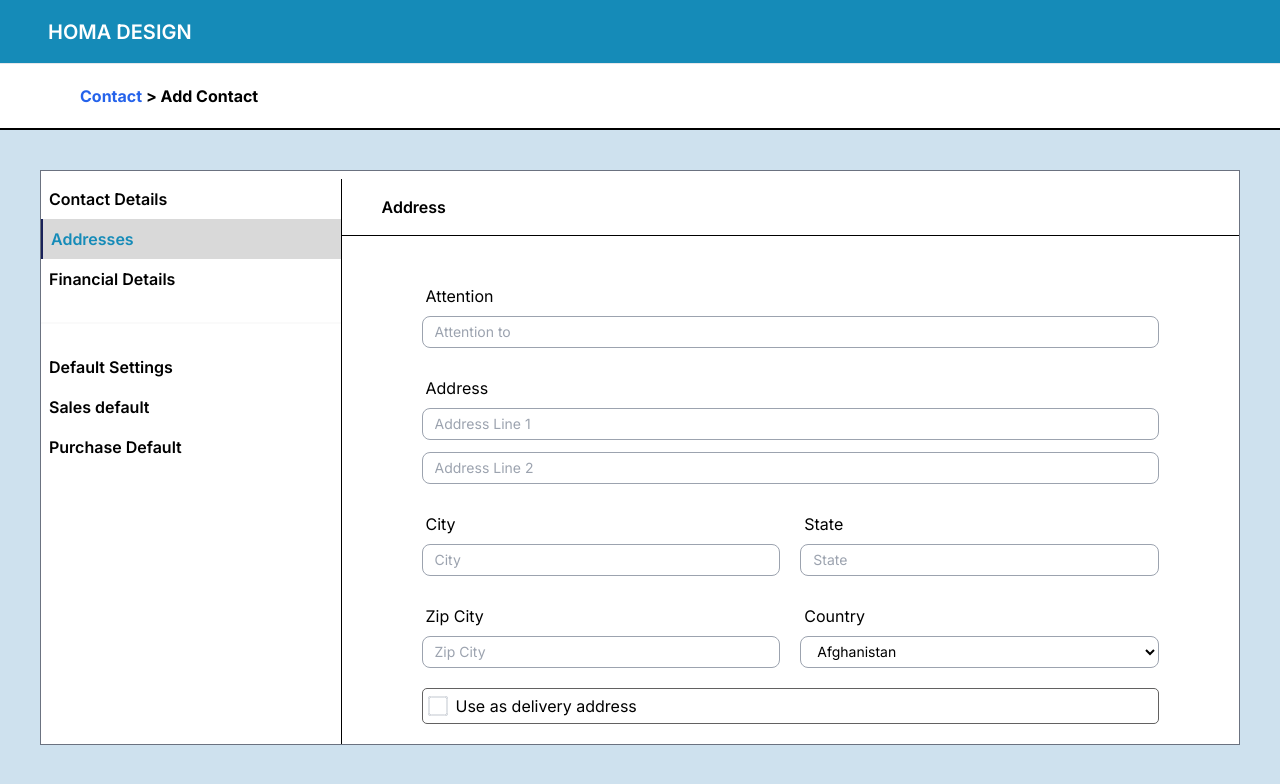
Repository: khairul35/homa-FE
Page: /contact
The author's editor kept a copy of each file at every save. The page is drawn from the files as they stood at one save, then again after the next save.
The browser window is 1280 px wide. The pictures show the whole page.
The project was rebuilt for these pictures with package versions that can differ from the ones it lists, and the page was loaded fresh each time. The framework's server and built-in components were replaced by stand-ins that run in the browser. Also part of the build but not shown: next.config.js, app/components/layout/header/BusinessMenu.tsx, app/components/layout/header/CompanyMenu.tsx, app/contact/index.component.tsx, app/contact/form/contact-details/index.module.css, app/contact/form/contact-details/index.component.tsx, app/contact/form/contact-details/index.tsx.

Above is the page before, as saved 2024-01-07 21:29:16.

### app/layout.tsx
import type { Metadata } from 'next'
import { Inter } from 'next/font/google'
import Header from './components/layout/Header';
import './globals.css'

const inter = Inter({ subsets: ['latin'] })

export const metadata: Metadata = {
  title: 'MyAccount2U',
  description: 'Accounting System',
}

export default function RootLayout({
  children,
}: {
  children: React.ReactNode
}) {
  return (
    <html lang="en">
      <body className={inter.className}>
        <div className='flex flex-col h-screen'>
          <Header />
          {children}
        </div>
      </body>
    </html>
  )
}

### app/contact/page.tsx
'use client';
import { useState } from 'react';
import { ComponentProps, Contact } from './index.props';
import Component from './index.component';
import ContactForm from './form';
import { FormProps } from './form/index.props';

const emptySelectedContact: Contact = {
    id: null,
    name: '',
    accountNumber: '',
    youOwe: null,
    theyOwe: null,
    status: 'Active',
    type: 'Customers',
    website: null,
    registrationNumber: null,
    notes: null,
    isBillingSameAsDelivery: false,
    organizationId: null,
    contactPhoneNumber: [
        {
            countryCode: '+60',
            number: '',
        },
    ],
    contactPrimaryPerson: [
        {
            firstName: '',
            lastName: '',
            email: '',
        },
    ],
};

const Contact = () => {
    const [currentTab, setCurrentTab] = useState('all');
    const [show, setShow] = useState<'list'|'form'>('form');
    const [selectedContact, setSelectedContact] = useState<Partial<Contact>>(emptySelectedContact)
    const selectedStyle = {
        backgroundColor: '#ECECEC',
        borderBottom: '3px solid #158BB8',
    };

    const onClickAddContact = () => {
        setSelectedContact(emptySelectedContact)
        setShow('form');
    };

    // Function to handle changes in contact name or account number
    const handleContactChange = (e: React.ChangeEvent<HTMLInputElement>) => {
        const { name, value } = e.target;
        setSelectedContact({
            ...selectedContact,
            [name]: value,
        });
    };

    // Function to handle changes in primary person's details
    const handlePrimaryPersonChange = (index: number, field: string, value: string) => {
        const updatedPrimaryPersons = [...(selectedContact?.contactPrimaryPerson || [])];
        updatedPrimaryPersons[index] = {
            ...updatedPrimaryPersons[index],
            [field]: value,
        };
        setSelectedContact({
            ...selectedContact,
            contactPrimaryPerson: updatedPrimaryPersons,
        });
    };

    // Function to handle changes in phone number details
    const handlePhoneNumberChange = (index: number, field: string, value: string) => {
        const updatedPhoneNumbers = [...(selectedContact?.contactPhoneNumber || [])];
        updatedPhoneNumbers[index] = {
            ...updatedPhoneNumbers[index],
            [field]: value,
        };
        setSelectedContact({
            ...selectedContact,
            contactPhoneNumber: updatedPhoneNumbers,
        });
    };

    const onSaveDetail = () => {
        console.log(selectedContact);
    };

    const onCancel = () => {
        setShow('list');
    };

    const componentProps: ComponentProps = {
        currentTab,
        selectedStyle,
        setCurrentTab,
        onClickAddContact
    };

    const contactFormProps: FormProps = {
        selectedContact,
        setSelectedContact,
        setShow,
        handleContactChange,
        handlePrimaryPersonChange,
        handlePhoneNumberChange,
        onSaveDetail,
        onCancel,
    };

    if (show == 'list') {
        return (<Component {...componentProps} />);
    }
    if (show == 'form') {
        return (<ContactForm {...contactFormProps} />);
    }
    return(<></>);
};

export default Contact;

### app/contact/form/index.tsx
'use client';

import { useState } from "react";
import Component from "./index.component";
import { ComponentProps, FormProps } from "./index.props";

const ContactForm = (props: FormProps) => {
    const {
        selectedContact,
        setShow,
        setSelectedContact,
        handleContactChange,
        handlePrimaryPersonChange,
        handlePhoneNumberChange,
        onSaveDetail,
        onCancel,
    } = props;

    const [menu, setMenu] = useState<string>('address');

    const onBack = () => {
        setShow('list');
    };

    const addAnotherPerson = () => {
        const arr = selectedContact?.contactPrimaryPerson || [];
        arr.push({
            firstName: '',
            lastName: '',
            email: '',
        });
        const updatedDetail = {
            ...selectedContact,
            ...arr
        };
        setSelectedContact(updatedDetail);
    };

    const addPhoneNumber = () => {
        const arr = selectedContact?.contactPhoneNumber || [];
        arr.push({
            countryCode: '+60',
            number: '',
        });
        const updatedDetail = {
            ...selectedContact,
            ...arr
        };
        setSelectedContact(updatedDetail);
    };
    const componentProps: ComponentProps = {
        menu,
        selectedContact,
        addAnotherPerson,
        addPhoneNumber,
        setMenu,
        onBack,
        handleContactChange,
        handlePrimaryPersonChange,
        handlePhoneNumberChange,
        onSaveDetail,
        onCancel,
    };

    return (<Component {...componentProps} />)
};

export default ContactForm;

### api/organization/index.ts
import repository from "../repository";
import { CreateOrganizationProps, UpdateOrganizationProps } from "./props";

const resource = '/api/organization';

const api = {
    findMyOrganization() {
        return repository.get(`${resource}/me`);
    },
    findMyOrganizations() {
        return repository.get(`${resource}/me/all`);
    },
    createOrganization(body: CreateOrganizationProps) {
        return repository.post(`${resource}`, body);
    },
    updateOrganization(body: UpdateOrganizationProps) {
        return repository.put(`${resource}`, body);
    },
    updateCurrentOrganization(organizationId: number) {
        return repository.put(`${resource}/current-organization/${organizationId}`);
    },
};

export default api;

### app/contact/form/index.component.tsx
import { ComponentProps } from "./index.props"
import styles from './index.module.css';
import ContactDetails from "./contact-details";
import { ContactDetailProps } from "./contact-details/index.props";
import { ContactAddressProps } from "./address/index.props";
import ContactAddress from "./address";

const Component = (props: ComponentProps) => {
    const {
        menu,
        selectedContact,
        addAnotherPerson,
        addPhoneNumber,
        setMenu,
        onBack,
        handleContactChange,
        handlePrimaryPersonChange,
        handlePhoneNumberChange,
        onSaveDetail,
        onCancel,
    } = props;

    const contactDetailProps: ContactDetailProps = {
        contact: selectedContact,
        addAnotherPerson,
        addPhoneNumber,
        handleContactChange,
        handlePrimaryPersonChange,
        handlePhoneNumberChange,
        onSaveDetail,
        onCancel,
    };

    const contactAddressProps: ContactAddressProps = {
        contact: selectedContact,
        onCancel,
    };

    const DetailComponent = () => {
        if (menu == 'details') {
            return (
                <>
                    <ContactDetails { ...contactDetailProps } />
                </>
            );
        }
        if (menu == 'address') {
            return (
                <>
                    <ContactAddress { ...contactAddressProps } />
                </>
            );
        }
        return (<></>)
    }

    return (
        <div className="bg-bg-color min-h-screen overflow-auto pb-5">
            <div className="bg-white border-b-2 border-black">
                <h1 className="pl-20 pt-5 pb-5 text-l font-bold">
                    <a
                        className="text-blue-600 cursor-pointer"
                        onClick={() => onBack()}
                    >
                        Contact
                    </a>
                    &nbsp;&gt; {selectedContact?.id ? selectedContact.name : 'Add Contact'}
                </h1>
            </div>
            <div
                className="flex
                    flex-col
                    md:flex-row
                    bg-white
                    m-10
                    pt-2
                    border-gray-500
                    border-solid
                    border"
                >
                <div className="md:w-1/4 md:order-1">
                    <div
                        className={`p-2 font-semibold cursor-pointer
                            ${styles.menu}
                            ${menu == 'details' ? styles.selectedMenu : ''}`
                        }
                        onClick={() => setMenu('details')}
                    >
                        Contact Details
                    </div>
                    <div
                        className={`p-2 font-semibold cursor-pointer
                            ${styles.menu}
                            ${menu == 'address' ? styles.selectedMenu : ''}`
                        }
                        onClick={() => setMenu('address')}
                    >
                        Addresses
                    </div>
                    <div
                        className={`p-2 font-semibold cursor-pointer
                            ${styles.menu}
                            ${menu == 'financial' ? styles.selectedMenu : ''}`
                        }
                        onClick={() => setMenu('financial')}
                    >
                        Financial Details
                    </div>
                    <div className="divider before:bg--gray-500 after:bg--gray-500"></div>
                    <div
                        className={`p-2 font-semibold cursor-pointer
                            ${styles.menu}
                            ${menu == 'setting' ? styles.selectedMenu : ''}`
                        }
                        onClick={() => setMenu('setting')}
                    >
                        Default Settings
                    </div>
                    <div
                        className={`p-2 font-semibold cursor-pointer
                            ${styles.menu}
                            ${menu == 'sales' ? styles.selectedMenu : ''}`
                        }
                        onClick={() => setMenu('sales')}
                    >
                        Sales default
                    </div>
                    <div
                        className={`p-2 font-semibold cursor-pointer
                            ${styles.menu}
                            ${menu == 'purchase' ? styles.selectedMenu : ''}`
                        }
                        onClick={() => setMenu('purchase')}
                    >
                        Purchase Default
                    </div>
                </div>
                <div className={`md:w-3/4 md:order-2 ${styles.leftDivider}`}>
                    <DetailComponent />
                </div>
            </div>
        </div>
    );
};

export default Component;

### api/repository.ts
import axios from 'axios';
import AuthRepository from './auth';

const repository = axios.create({
    baseURL: 'http://localhost:3000',
});

// Request interceptor to add Bearer token to outgoing requests
repository.interceptors.request.use(
    (config) => {
        const accessToken = localStorage.getItem('accessToken');
        if (accessToken) {
            config.headers.Authorization = `Bearer ${accessToken}`;
        }
        return config;
    },
    (error) => {
        return Promise.reject(error);
    }
);

let isRefreshing = false;
let failedQueue: any = [];

// Function to refresh the session and retry failed requests
async function retryFailedRequests(error: any) {
    if (isRefreshing) {
        try {
            const { data } = await AuthRepository.refreshToken();
            localStorage.setItem('accessToken', data.accessToken);
            localStorage.setItem('refreshToken', data.refreshToken);
            localStorage.setItem('isLogin', 'true');
            failedQueue.forEach((prom: any) => {
                prom.resolve(repository(prom.originalRequest));
            });
            failedQueue = [];
        } catch (error) {
            localStorage.setItem('isLogin', 'false');
            window.location.href = '/login';
            failedQueue.forEach((prom: any) => {
                prom.reject(error);
            });
            failedQueue = [];
        } finally {
            isRefreshing = false;
        }
    }
}

// Response interceptor to handle failed requests due to expired tokens
repository.interceptors.response.use(
    (response) => response,
    async (error) => {
        const {
            config,
            response: { status },
        } = error;

        if (status === 401) {
            const originalRequest = config;
            if (!isRefreshing) {
                isRefreshing = true;
                return new Promise((resolve, reject) => {
                    failedQueue.push({ resolve, reject, originalRequest });
                    retryFailedRequests(error);
                }).then((res) => {
                    return res;
                }).catch((err) => {
                    return Promise.reject(err);
                });
            } else {
                return new Promise((resolve, reject) => {
                    failedQueue.push({ resolve, reject, originalRequest });
                }).then((res) => {
                    return res;
                }).catch((err) => {
                    return Promise.reject(err);
                });
            }
        }
        return Promise.reject(error.response);
    }
);

export default repository;

### app/contact/form/index.module.css
.selectedMenu {
    background: #D9D9D9;
    color: #158BB8;
    border-left: 2px solid #192159 !important;
}

.menu:hover {
    background: #ececec;
    color: #158BB8;
    border-left: 2px solid #192059a1 !important;
}

.leftDivider {
    border-left: 1px solid #000;
}

### app/contact/form/address/index.tsx
'use client';

import Component from "./index.component";
import { ComponentProps, ContactAddressProps } from "./index.props";

const ContactAddress = (props: ContactAddressProps) => {
    const { contact, onCancel } = props;

    const componentProps: ComponentProps = {
        onCancel,
        contact,
    };

    return <Component {...componentProps} />
};

export default ContactAddress;

### api/auth.ts
import repository from "./repository";

const resource = "/api/auth";

const api = {
    login(username: string, password: string) {
        return repository.post(
            `${resource}/login`,
            { username, password },
        );
    },
    refreshToken() {
        return repository.post(
            `${resource}/refreshToken`,
            { refreshToken: localStorage.getItem('refreshToken') },
        );
    },
    logout() {
        return repository.post(`${resource}/logout`);
    },
    logoutAllDevice() {
        return repository.post(`${resource}/logout/all-device`);
    },
};

export default api;

### app/contact/form/address/index.component.tsx
import { ComponentProps } from "./index.props";
import styles from './index.module.css';
import countries from '@/constant/Country.json';

const Component = (props: ComponentProps) => {
    const {contact, onCancel } = props;

    const labelClass = "input-sm input input-bordered  bg-white border-gray-400 w-full"

    const FakeCheckBox = () => {
        if (contact?.isBillingSameAsDelivery) {
            return (
                <svg xmlns="http://www.w3.org/2000/svg" width="20" height="20" viewBox="0 0 30 30" fill="none">
                    <rect width="30" height="30" rx="5" fill="#158BB8"/>
                    <path fill-rule="evenodd" clip-rule="evenodd" d="M21.6894 9C21.3155 9 20.9817 9.14689 20.7413 9.38727L12.3416 17.8003L9.28354 14.7289C9.04316 14.4885 8.70931 14.3416 8.3354 14.3416C7.60093 14.3416 7 14.9425 7 15.677C7 16.0509 7.14689 16.3848 7.38727 16.6251L11.3935 20.6313C11.6338 20.8717 11.9677 21.0186 12.3416 21.0186C12.7155 21.0186 13.0494 20.8717 13.2897 20.6313L22.6376 11.2835C22.8779 11.0432 23.0248 10.7093 23.0248 10.3354C23.0248 9.60093 22.4239 9 21.6894 9Z" fill="white"/>
                </svg>
            );
            }
            return (<FakeEmptyCheckBox />);
    };

    const FakeEmptyCheckBox = () => {
        return (
            <svg xmlns="http://www.w3.org/2000/svg" width="20" height="20" viewBox="0 0 30 30" fill="none">
                <rect width="30" height="30" rx="5" fill="white" stroke="#D1D5DB" strokeWidth="1.5" />
                <rect x="1.75" y="1.75" width="26.5" height="26.5" rx="3.25" stroke="#D1D5DB" strokeWidth="1.5" />
            </svg>
        );
    };

    return (
        <div>
            <h2 className="p-4 pl-10 font-semibold">Address</h2>
            <div className={styles.divider}></div>
            <div className="p-5 lg:pl-20 lg:pr-20">
                <form method="dialog">
                    <label className="label mt-5">Attention</label>
                    <input
                        placeholder="Attention to"
                        className={labelClass}
                    />

                    <label className="label mt-5">Address</label>
                    <input
                        placeholder="Address Line 1"
                        className={labelClass}
                    />
                    <input
                        placeholder="Address Line 2"
                        className={`mt-3 ${labelClass}`}
                    />
                    <div className="flex flex-wrap justify-center md:justify-start gap-5">
                        <div className="w-full md:w-[calc(50%-10px)]">
                            <label className="label mt-5">City</label>
                            <input
                                placeholder="City"
                                className={labelClass}
                            />
                        </div>
                        <div className="w-full md:w-[calc(50%-10px)]">
                            <label className="label mt-5">State</label>
                            <input
                                placeholder="State"
                                className={labelClass}
                            />
                        </div>
                    </div>
                    <div className="flex flex-wrap justify-center md:justify-start gap-5">
                        <div className="w-full md:w-[calc(50%-10px)]">
                            <label className="label mt-5">Zip City</label>
                            <input
                                placeholder="Zip City"
                                className={labelClass}
                            />
                        </div>
                        <div className="w-full md:w-[calc(50%-10px)]">
                            <label className="label mt-5">Country</label>
                                <select
                                    placeholder="Country"
                                    className={labelClass}
                                >
                                    {
                                        countries.map((e) => (
                                            <option key={e.isoCode} value={e.name}>
                                                { e.name }
                                            </option>
                                        ))
                                    }
                                </select>
                        </div>
                    </div>
                    <div className={styles.billingIsDeliveryCheckBox}>
                        <label className="flex items-center cursor-pointer">
                            <FakeCheckBox />
                            <span className="ml-2">Use as delivery address</span>
                        </label>
                    </div>
                </form>
            </div>
        </div>
    )
};

export default Component;

### app/contact/form/address/index.module.css
.divider {
    border-bottom: 1px solid #000;
}

.addAnotherPersonAnchor {
    color: #158BB8;
    padding: 5px;
    margin-top: 20px;
    cursor: pointer;
    font-weight: bold;
}

.billingIsDeliveryCheckBox {
    border-radius: 5px;
    border: 1px solid #626161;
    background: #FFF;
    margin-top: 20px;
    padding: 5px;
}

.billingIsDeliveryCheckBox:hover {
    background: #f4f4f4;
}

### tailwind.config.ts
import type { Config } from 'tailwindcss'

const config: Config = {
  content: [
    './pages/**/*.{js,ts,jsx,tsx,mdx}',
    './components/**/*.{js,ts,jsx,tsx,mdx}',
    './app/**/*.{js,ts,jsx,tsx,mdx}',
  ],
  theme: {
    extend: {
      backgroundImage: {
        'gradient-radial': 'radial-gradient(var(--tw-gradient-stops))',
        'gradient-conic':
          'conic-gradient(from 180deg at 50% 50%, var(--tw-gradient-stops))',
      },
      backgroundColor: {
        'bg-color': '#CEE1EE', // Define a custom background color class
      },
      button: {
        'primary': '#158BB8',
      },
      fontWeight: {
        'label': '600',
      },
    },
  },
  plugins: [require("daisyui")],
  daisyui: {
    themes: [
      {
        mytheme: {
          "primary": "#158BB8",
          "secondary": "#d926a9",
          "accent": "#1fb2a6",
          "neutral": "#2a323c",
          "base-100": "#1d232a",
          "info": "#3abff8",
          "success": "#36d399",
          "warning": "#fbbd23",
          "error": "#f87272",
        },
      },
    ],
  },
}
export default config

Loaded but not shown: app/globals.css (common file); constant/Country.json (4142 lines, source omitted); app/components/layout/Header.tsx (150 lines, source omitted)

After the next save:
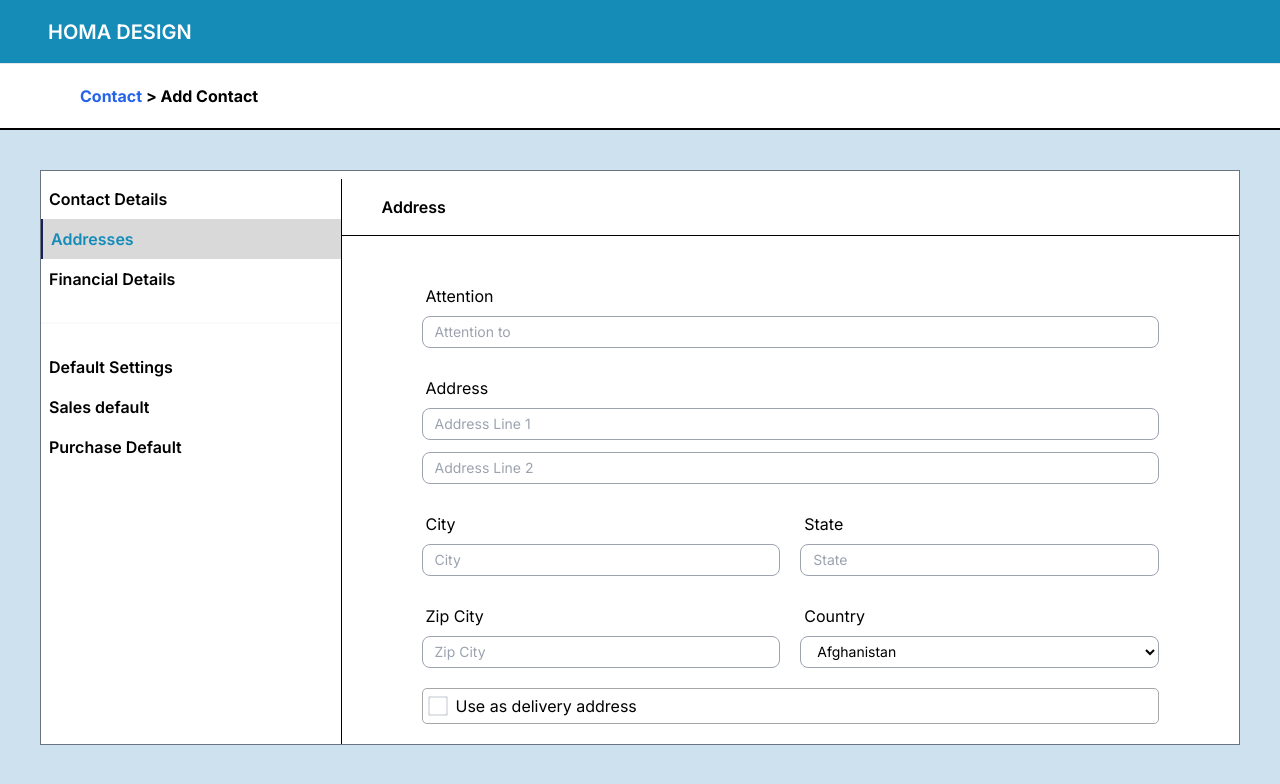
Saved 7 s later.
--- a/app/contact/form/address/index.module.css
+++ b/app/contact/form/address/index.module.css
@@ -12,7 +12,7 @@
 
 .billingIsDeliveryCheckBox {
     border-radius: 5px;
-    border: 1px solid #626161;
+    border: 1px solid #a9a6a6;
     background: #FFF;
     margin-top: 20px;
     padding: 5px;
